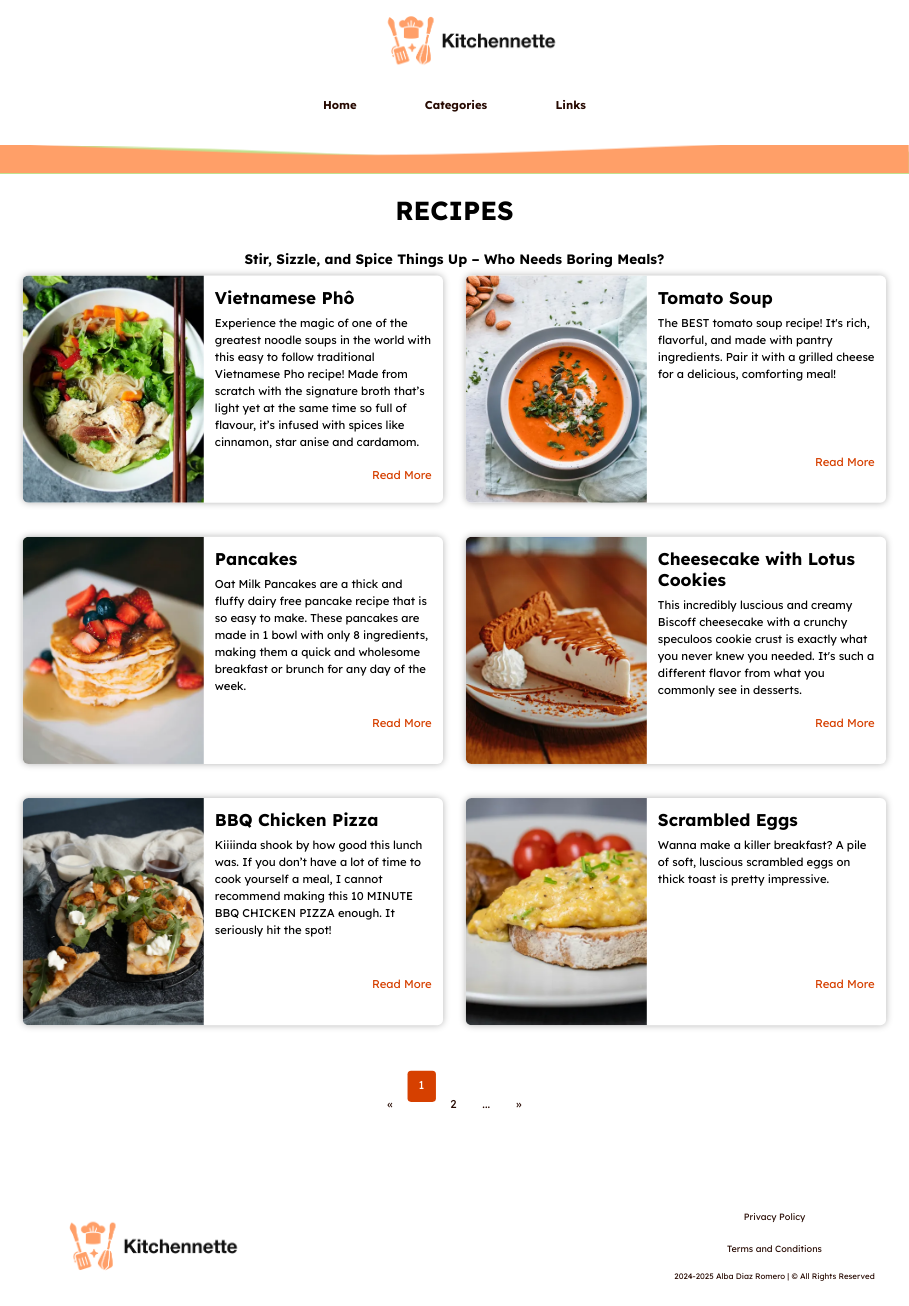
Repository: adiazrom/Eines-HTML-adiazrom
Page: src/pages/categories.html
The author's editor kept a copy of each file at every save. The page is drawn from the files as they stood at one save, then again after the next save.
The browser window is 1280 px wide. The pictures show the whole page, at 71% of full size.

Above is the page before, as saved 2025-05-29 20:45:01.

After the next save:
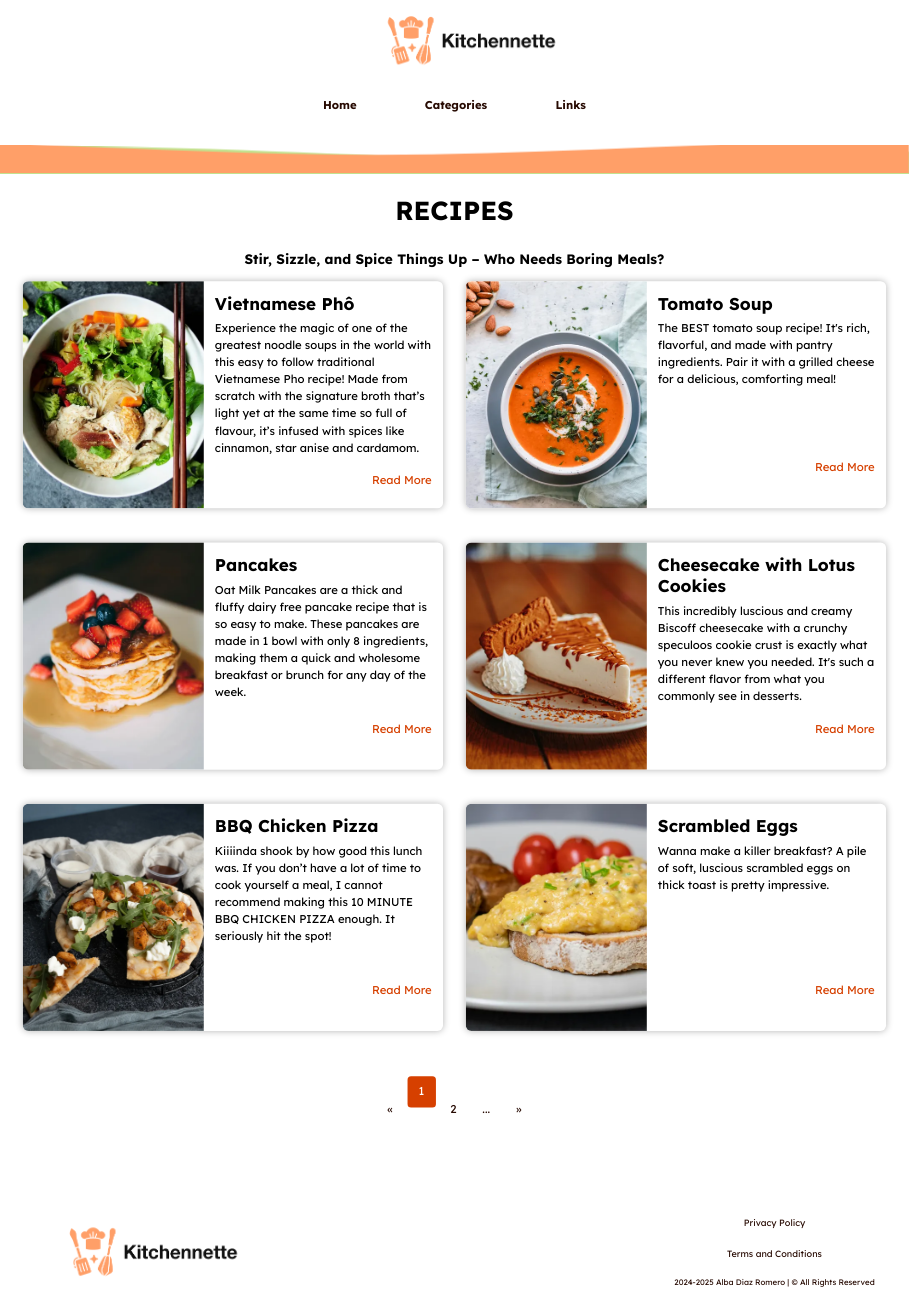
Saved 6 s later.
--- a/src/pages/categories.html
+++ b/src/pages/categories.html
@@ -56,7 +56,7 @@
 <main class="container">
 
     <h1>RECIPES</h1>
-    <p class="tagline lexend-deca-bold">Stir, Sizzle, and Spice Things Up – Who Needs Boring Meals?</p>
+    <p class="tagline" lexend-deca-bold"">Stir, Sizzle, and Spice Things Up – Who Needs Boring Meals?</p>
         <div class="card-container">
 
           <article class="card-preview">
